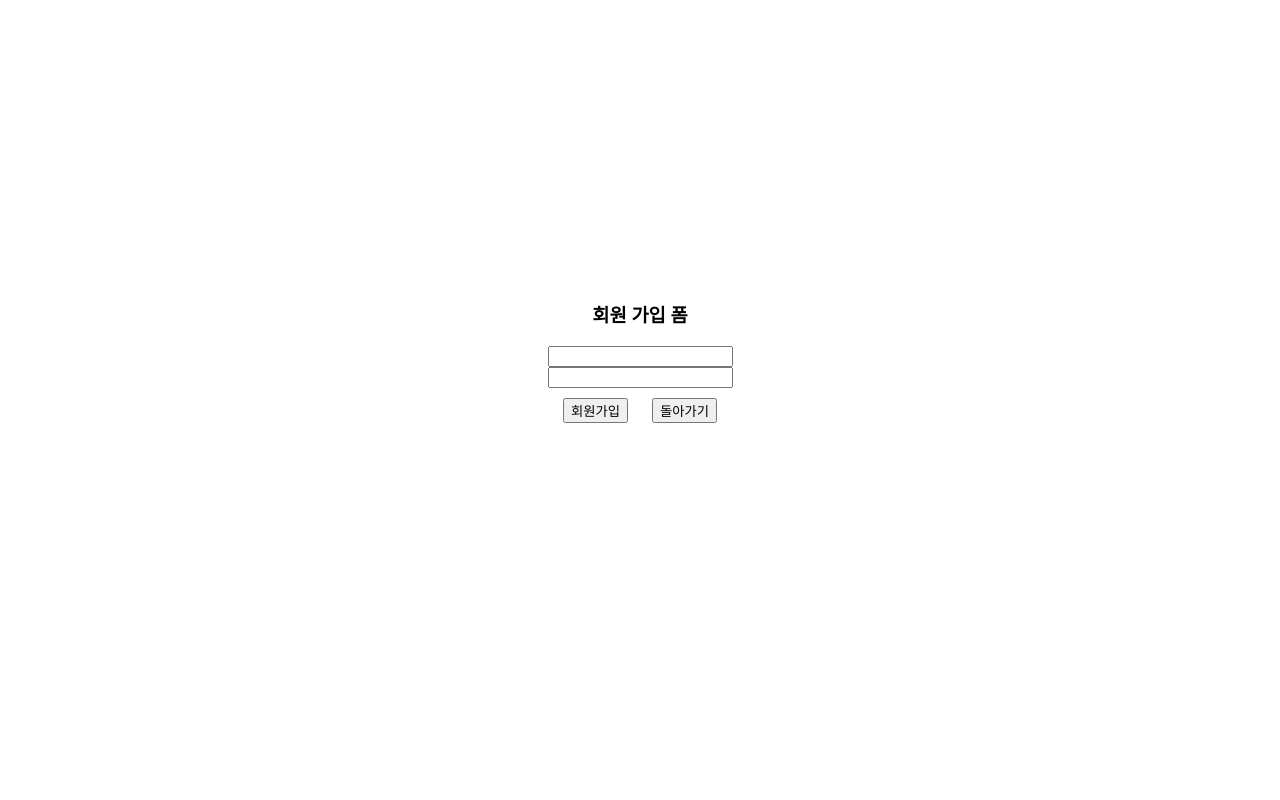
Repository: yangchunsick/JSPstudy
Page: http://localhost/ServerProgram/views/join.jsp
An editor plug-in stored every save of this project. The page is shown before and after the next save, followed by the edit.
The browser window is 1280 px wide. The pictures show the whole page.
The page is served by Tomcat 9.

Above is the page before, as saved 2021-11-16 07:13:23.

After the next save:
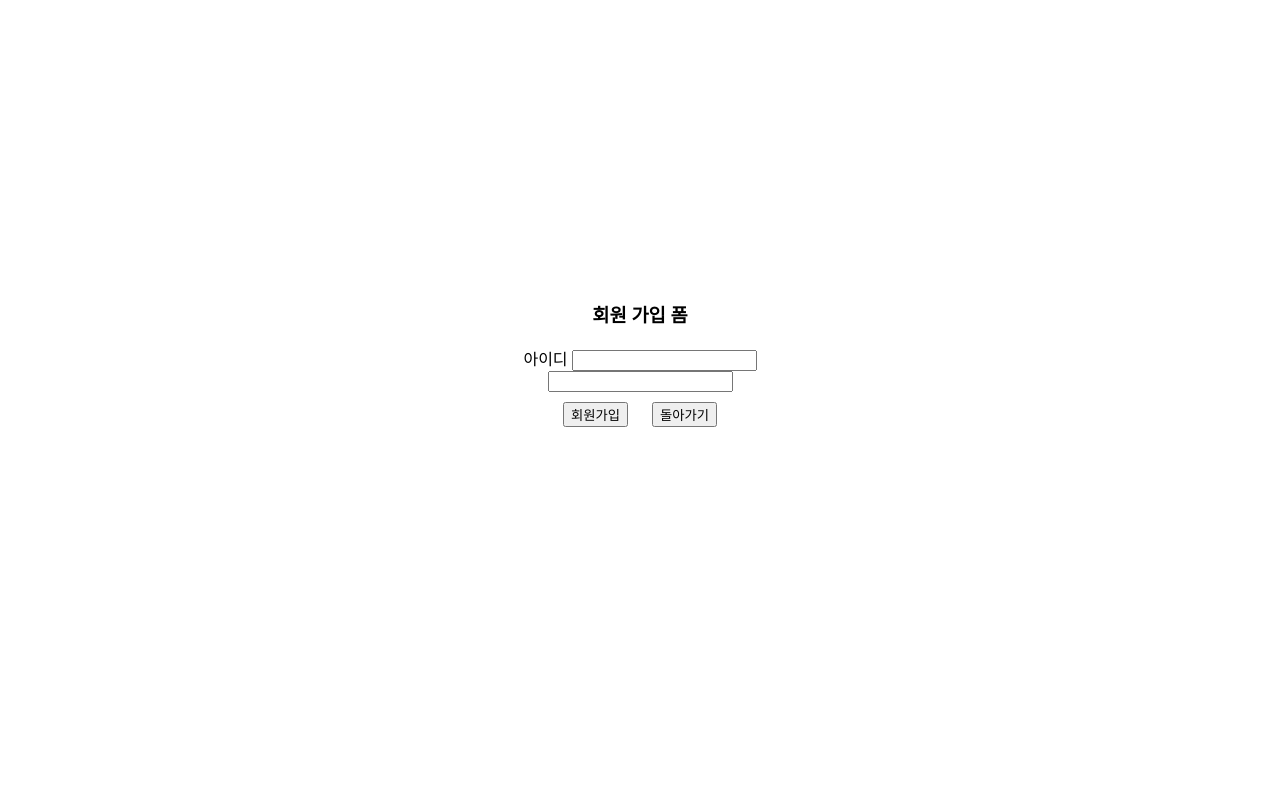
Saved 8 s later.
--- a/worksapce/ServerProgram/WebContent/views/join.jsp
+++ b/worksapce/ServerProgram/WebContent/views/join.jsp
@@ -30,6 +30,7 @@
 		<form action="" method="post">
 		<h3>회원 가입 폼</h3>
 		<label for="id">
+		아이디
 		<input id="id" name="id" type="text">
 		</label>
 		<br>
